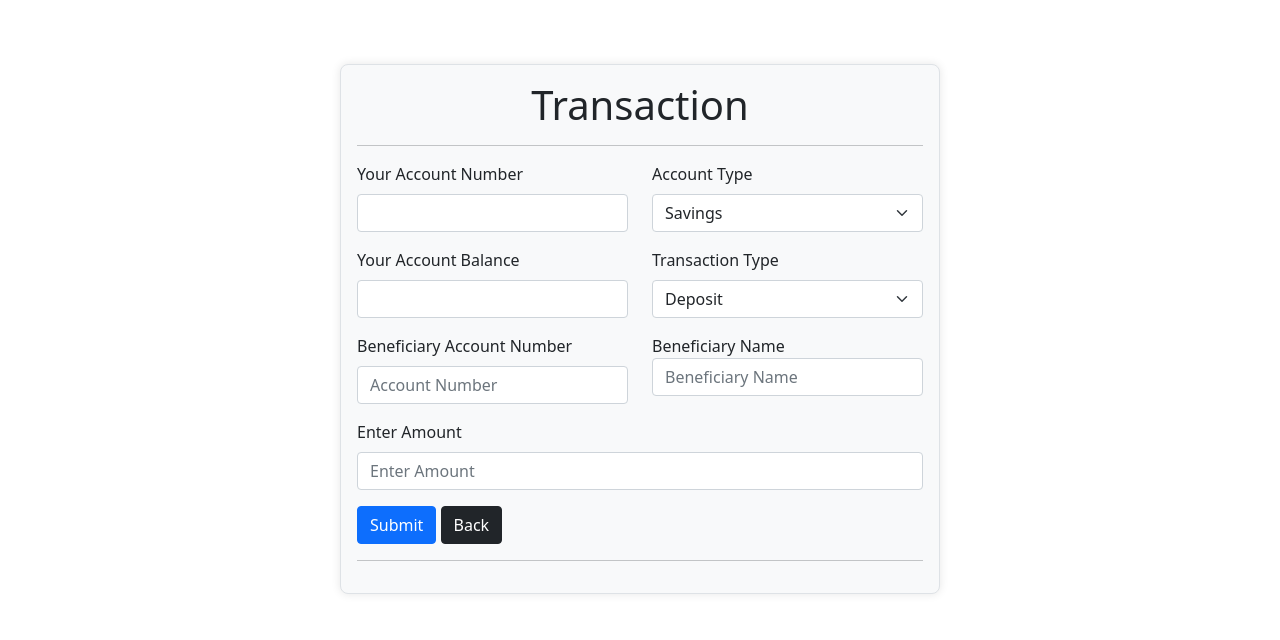
Repository: AkashYadav-02/FullStack-Java-Development-Training
Page: http://localhost/Bank/usertransaction.jsp
An editor plug-in stored every save of this project. The page is shown before and after the next save, followed by the edit.
The browser window is 1280 px wide. The pictures show the whole page.
The page is served by Tomcat 9. Other server files are loaded and not shown.

Above is the page before, as saved 2023-12-13 10:09:35.

### J2EE/Bank/src/main/webapp/usertransaction.jsp
<%@ page language="java" contentType="text/html; charset=ISO-8859-1" pageEncoding="ISO-8859-1"%>
<%@ taglib uri="http://java.sun.com/jsp/jstl/core" prefix="c"%>
<%@ taglib uri="http://java.sun.com/jsp/jstl/functions" prefix="fn"%>
<!DOCTYPE html PUBLIC "-//W3C//DTD HTML 4.01 Transitional//EN" "http://www.w3.org/TR/html4/loose.dtd">
<html>
<head>
    <meta http-equiv="Content-Type" content="text/html; charset=ISO-8859-1">
    <title>Transaction</title>
    <link href="https://cdn.jsdelivr.net/npm/bootstrap@5.0.2/dist/css/bootstrap.min.css" rel="stylesheet" integrity="sha384-EVSTQN3/azprG1Anm3QDgpJLIm9Nao0Yz1ztcQTwFspd3yD65VohhpuuCOmLASjC" crossorigin="anonymous">
    <script src="https://cdn.jsdelivr.net/npm/bootstrap@5.0.2/dist/js/bootstrap.bundle.min.js" integrity="sha384-MrcW6ZMFYlzcLA8Nl+NtUVF0sA7MsXsP1UyJoMp4YLEuNSfAP+JcXn/tWtIaxVXM" crossorigin="anonymous"></script>
</head>
<body>
    <br><br>
    <div class="container p-3 my-3 border bg-light text-dark">
        <center>
            <h1>Transaction</h1>
        </center>
        <hr>
        <form action="userController"   method="get">
        <input type="hidden" name="userid" value="${userAccount.user_id}">

            <div class="row mb-3">
                <div class="col">
                    <label for="accountNumber" class="form-label">Your Account Number</label>
                    <input type="text" id="accountNumber" name="useraccount" value="${userAccount.accountNumber}" class="form-control" required>
                </div>
                <div class="col">
                    <label for="accountType" class="form-label">Account Type</label>
                    <select name="userAccountType" id="userAccountType" class="form-select">
                        <c:set var="acctypeS" value="" />
                        <c:set var="acctypeF" value="" />
                        <c:choose>
                            <c:when test="${userAccount.accountType == 'Savings'}">
                                <c:set var="acctypeS" value="selected" />
                            </c:when>
                            <c:when test="${userAccount.accountType == 'Current'}">
                                <c:set var="acctypeF" value="selected" />
                            </c:when>
                        </c:choose>
                        <option  value="saving" ${acctypeS}>Savings</option>
                        <option  value="current" ${acctypeF}>Current</option>
                    </select>
                </div>
            </div>

            <div class="row mb-3">
                <div class="col">
                    <label for="accountBalance" class="form-label">Your Account Balance</label>
                    <input  id="accountBalance" class="form-control" name="userAccountBaalance" value="${userAccount.getBalance()}">
                </div>
                <div class="col">
                    <label for="transactionType" class="form-label">Transaction Type</label>
                    <select name="transactionType" id="transactionType" class="form-select">
                        <option value="deposit">Deposit</option>
                        <option value="withdraw">Withdraw</option>
                    </select>
                </div>
            </div>

            <div class="row mb-3">
                <div class="col">
                    <label for="beneficiaryAccount" class="form-label">Beneficiary Account Number</label>
                    <input type="text" id="beneficiaryAccount" name="bAccount" class="form-control" placeholder="Account Number" >
                </div>
                <div class="col">
                    <label for="beneficiaryName" class="fobnamerm-label">Beneficiary Name</label>
                    <input type="text" id="beneficiaryName" name="bname" class="form-control" placeholder="Beneficiary Name" >
                </div>
            </div>

            <div class="row mb-3">
                <div class="col">
                    <label for="enterAmount" class="form-label">Enter Amount</label>
                    <input id="enterAmount" name="bamount" class="form-control" placeholder="Enter Amount" >
                </div>
            </div>

            <div class="row mb-3">
                <div class="col">
                    <input class="btn btn-primary "   hidden   name="action" value="makeTransaction">
                    <button class="btn btn-primary "    name="action" value="makeTransaction">Submit</button>

                    <button type="button" name="action" value="back" class="btn btn-dark">
                        <i class="fa-sharp fa-solid fa-arrow-left"></i>Back
                    </button>
                </div>
            </div>
        </form>
        <hr>
    </div>
</body>
<style>
    .container {
        max-width: 600px;
        margin: auto;
        padding: 20px;
        border-radius: 8px;
        background-color: #fff;
        box-shadow: 0px 0px 10px 0px rgba(0, 0, 0, 0.1);
    }
</style>
</html>

After the next save:
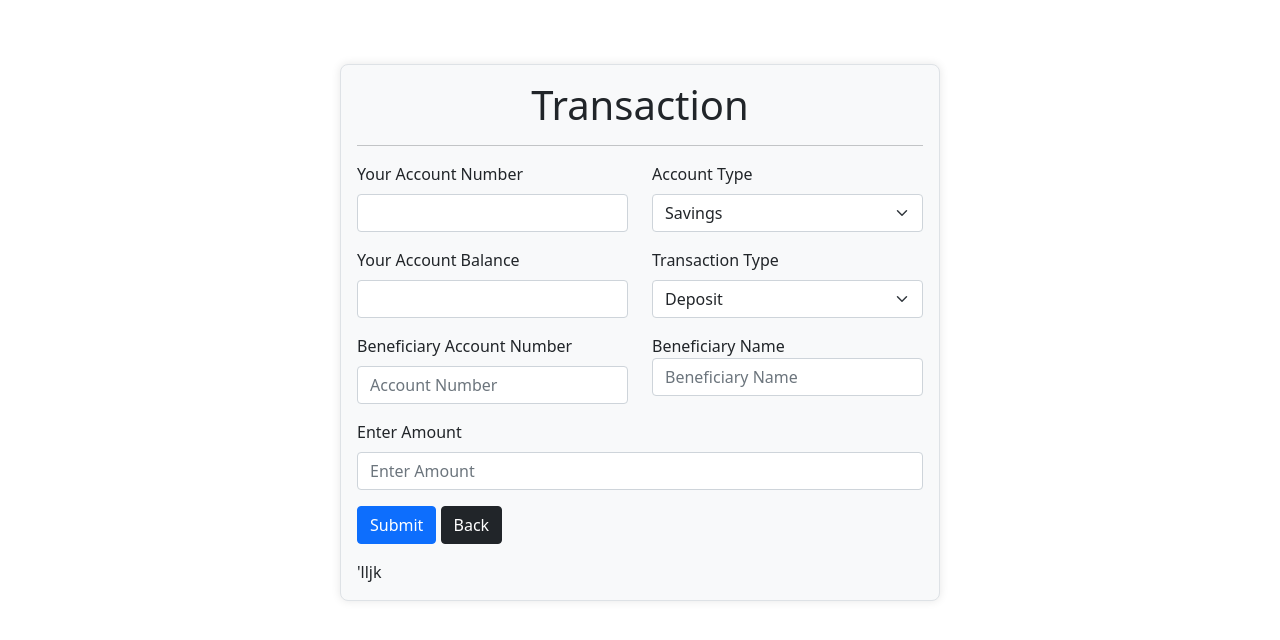
Saved 34 min 42 s later.
--- a/J2EE/Bank/src/main/webapp/usertransaction.jsp
+++ b/J2EE/Bank/src/main/webapp/usertransaction.jsp
@@ -18,7 +18,6 @@
         <hr>
         <form action="userController"   method="get">
         <input type="hidden" name="userid" value="${userAccount.user_id}">
-
             <div class="row mb-3">
                 <div class="col">
                     <label for="accountNumber" class="form-label">Your Account Number</label>
@@ -40,9 +39,7 @@
                         <option  value="saving" ${acctypeS}>Savings</option>
                         <option  value="current" ${acctypeF}>Current</option>
                     </select>
-                </div>
-            </div>
-
+                </div>             </div>
             <div class="row mb-3">
                 <div class="col">
                     <label for="accountBalance" class="form-label">Your Account Balance</label>
@@ -56,7 +53,6 @@
                     </select>
                 </div>
             </div>
-
             <div class="row mb-3">
                 <div class="col">
                     <label for="beneficiaryAccount" class="form-label">Beneficiary Account Number</label>
@@ -67,26 +63,23 @@
                     <input type="text" id="beneficiaryName" name="bname" class="form-control" placeholder="Beneficiary Name" >
                 </div>
             </div>
-
             <div class="row mb-3">
                 <div class="col">
                     <label for="enterAmount" class="form-label">Enter Amount</label>
                     <input id="enterAmount" name="bamount" class="form-control" placeholder="Enter Amount" >
                 </div>
             </div>
-
             <div class="row mb-3">
                 <div class="col">
                     <input class="btn btn-primary "   hidden   name="action" value="makeTransaction">
                     <button class="btn btn-primary "    name="action" value="makeTransaction">Submit</button>
-
                     <button type="button" name="action" value="back" class="btn btn-dark">
                         <i class="fa-sharp fa-solid fa-arrow-left"></i>Back
                     </button>
                 </div>
             </div>
-        </form>
-        <hr>
+        </form>'lljk
+
     </div>
 </body>
 <style>
